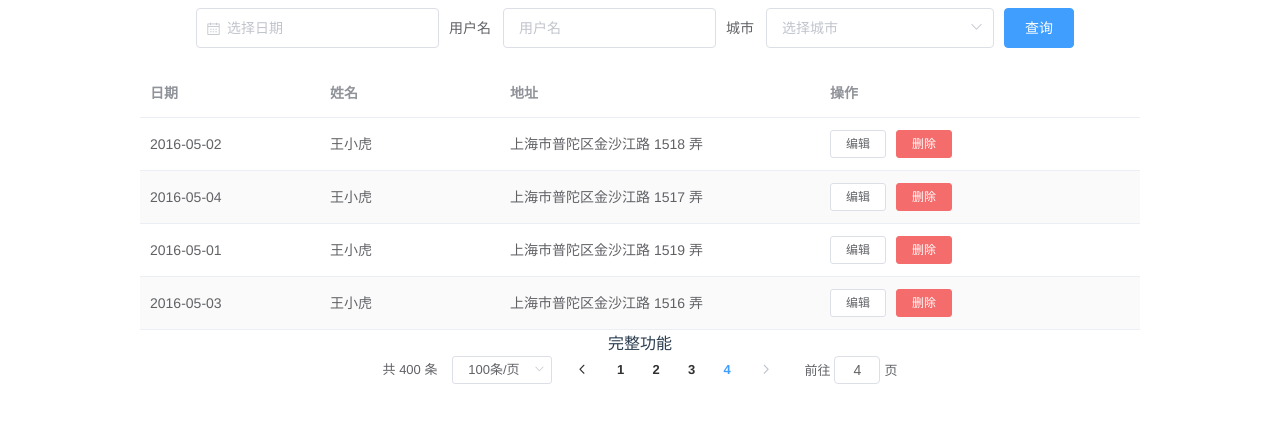
Repository: chang-meng-yun/vue_project
Page: /
These files come from the project's save history. The page is drawn as it stood at one moment and after the next save; the edit follows.
The browser window is 1280 px wide. The pictures show the whole page.
The project was rebuilt for these pictures with package versions that can differ from the ones it lists, and the page was loaded fresh each time. Also part of the build but not shown: vue.config.js, src/VBindStudy.vue, src/components/HelloWorld.vue, src/views/HomeView.vue.

Above is the page before, as saved 2024-06-27 11:36:52.

After the next save:
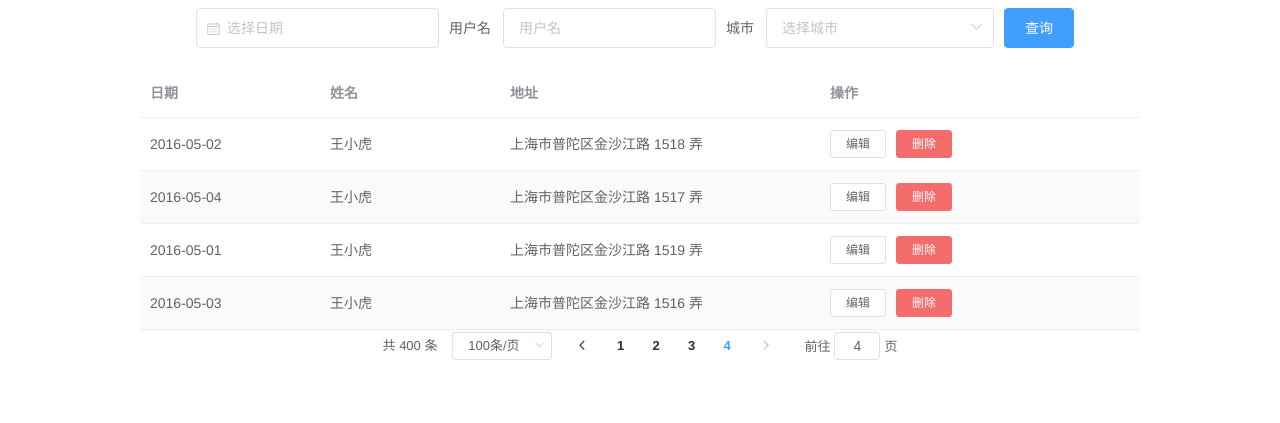
Saved 26 s later.
--- a/src/FromFrame.vue
+++ b/src/FromFrame.vue
@@ -44,8 +44,9 @@
           </el-table-column>
       </el-table>
     </div>
+    <!-- 完整功能--页码 -->
     <div class="block">
-        <span class="demonstration">完整功能</span>
+        <span class="demonstration"></span>
         <el-pagination
           @size-change="handleSizeChange"
           @current-change="handleCurrentChange"
